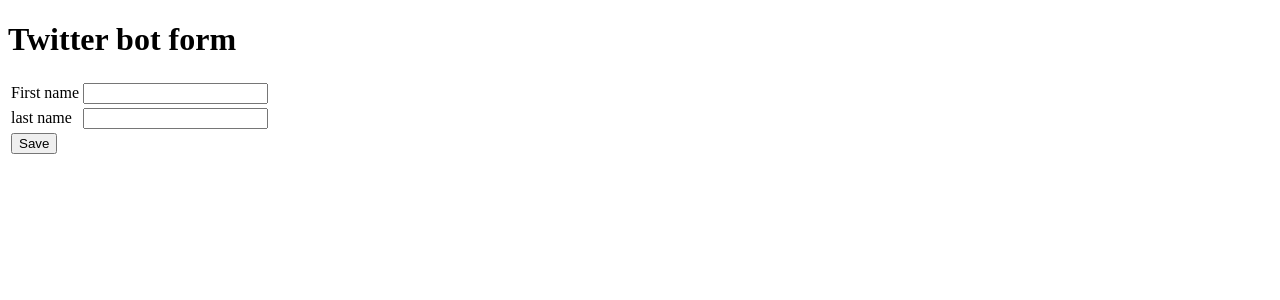
Repository: umeshthakre/twitter_bot
Page: http://localhost/
The author's editor kept a copy of each file at every save. The page is drawn from the files as they stood at one save, then again after the next save.
The browser window is 1280 px wide. The pictures show the whole page.
The page is served by the project's Node server (index.js).

Above is the page before, as saved 2022-10-05 14:06:58.

After the next save:
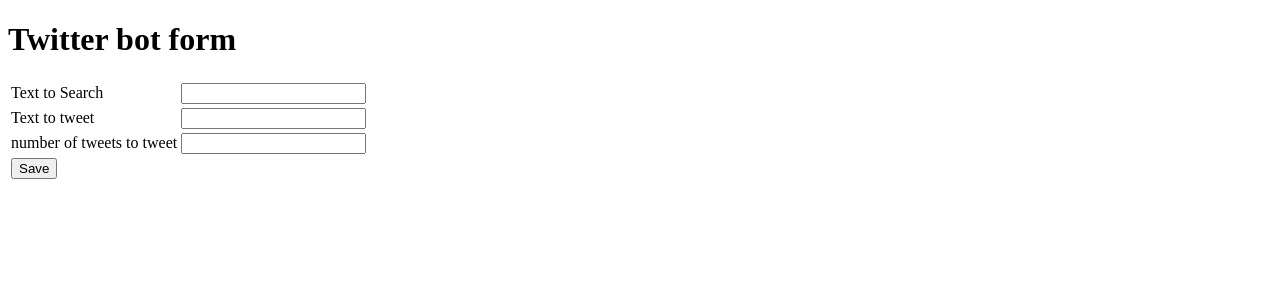
Saved 2 min 11 s later.
--- a/views/form.ejs
+++ b/views/form.ejs
@@ -11,13 +11,18 @@
     <form name="form1" method="POST" action="/student/add">
     <table>
         <tr>
-        <td>First name</td>
+            <td>Text to Search</td>
+            <td><input type="text" name="fname" ></td>
+            </tr>
+        <tr>
+        <td>Text to tweet</td>
         <td><input type="text" name="fname" ></td>
         </tr>
         <tr>
-        <td>last name</td>
+        <td>number of tweets to tweet</td>
         <td><input type="text" name="lname" ></td>
         </tr>
+
         <tr>
         <td colspan="2"><input type="submit" value="Save" ></td>
         </tr>
